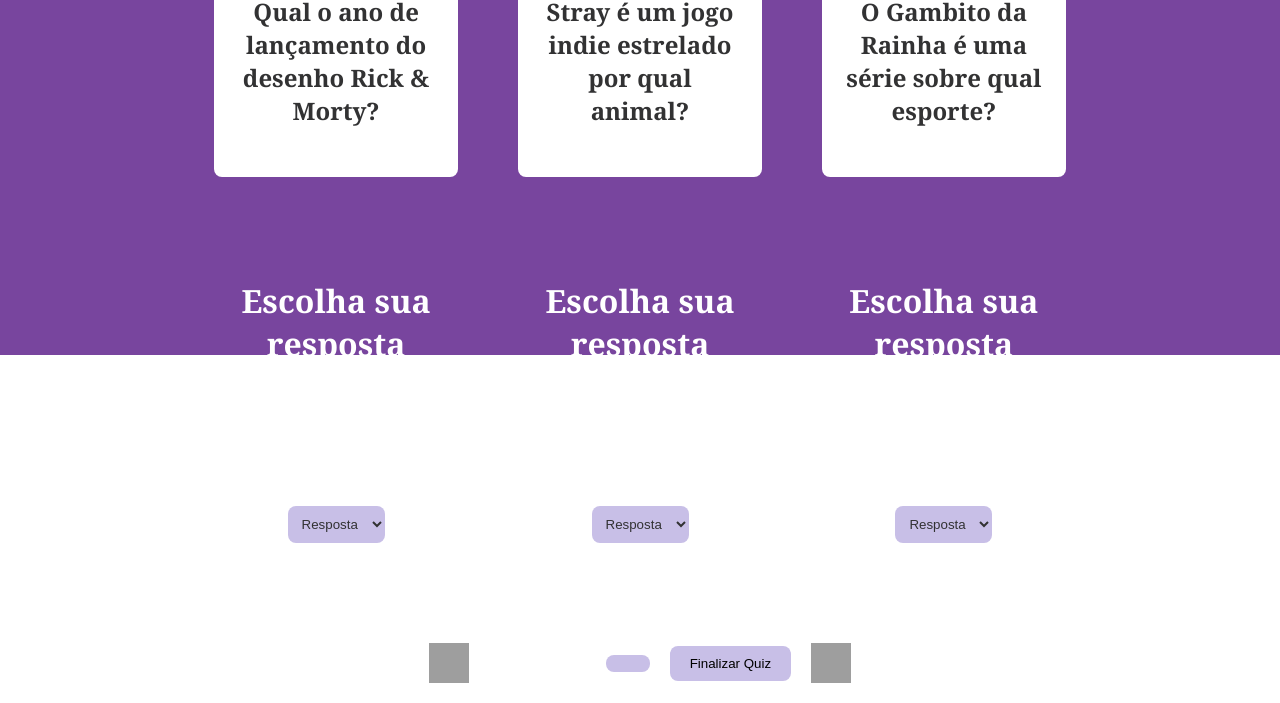
Repository: Gabrielb0rn/quiz.io
Page: index.html
The author's editor kept a copy of each file at every save. The page is drawn from the files as they stood at one save, then again after a run of saves.
The browser window is 1280 px wide. The pictures show the part of the page from y = 365 to 1068 px (the page is 1068 px tall).
Pictures or frames that could not be fetched are drawn as grey boxes. A picture or video elsewhere on the page could not be fetched, so the positions and the page height are approximate.

Above is the page before, as saved 2024-07-10 10:45:04.

After the next 2 saves:
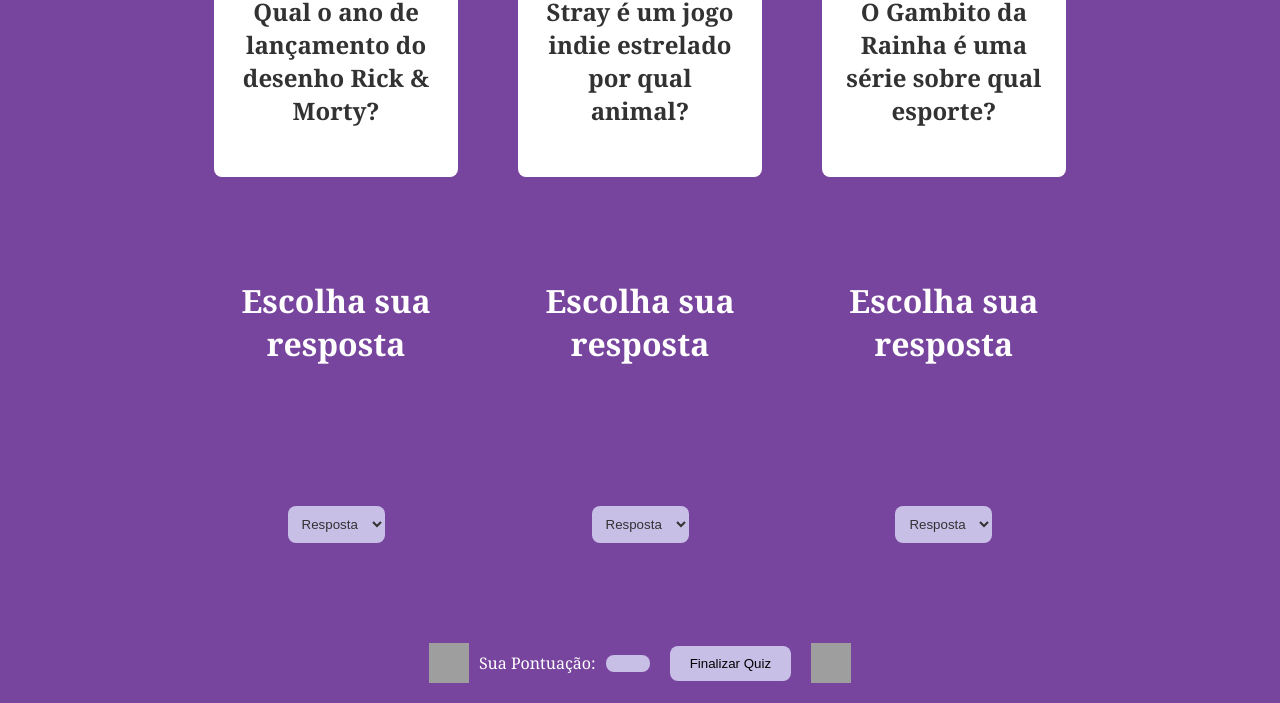
The 2 saves are shown as one change because they came seconds apart.
The last was saved 2 min 48 s later.
--- a/assets/style.css
+++ b/assets/style.css
@@ -2,6 +2,7 @@ html, body {
     height: 100%;
     margin: 0;
     font-family: Cambria, serif;
+    background-color: #78459E;
 }
 
 #container {
